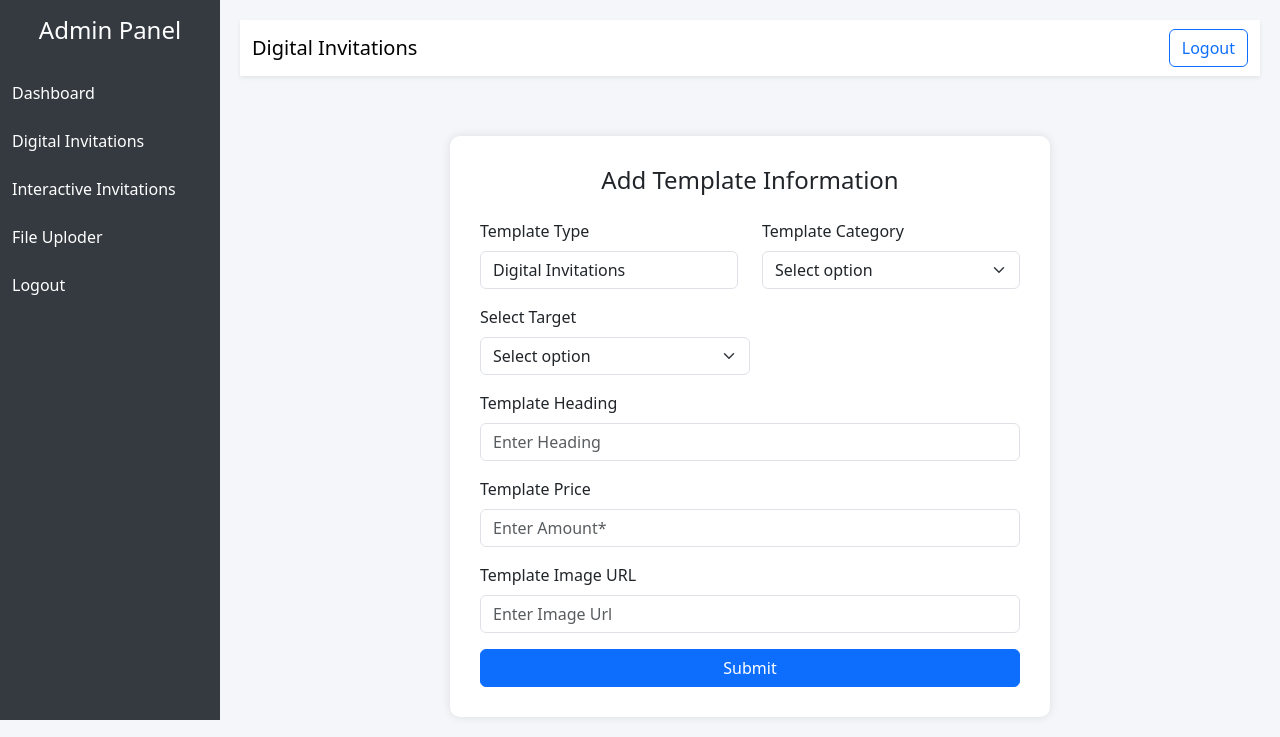
Repository: viraj7551/Flying-Invite-Project
Page: http://localhost/Admin03/digital_invitation.jsp
An editor plug-in stored every save of this project. The page is shown before and after the next save, followed by the edit.
The browser window is 1280 px wide. The pictures show the whole page.
Some web fonts or font styles are not loaded; a fallback is used. The page is served by Tomcat 9.

Above is the page before, as saved 2026-03-21 10:30:21.

After the next save:
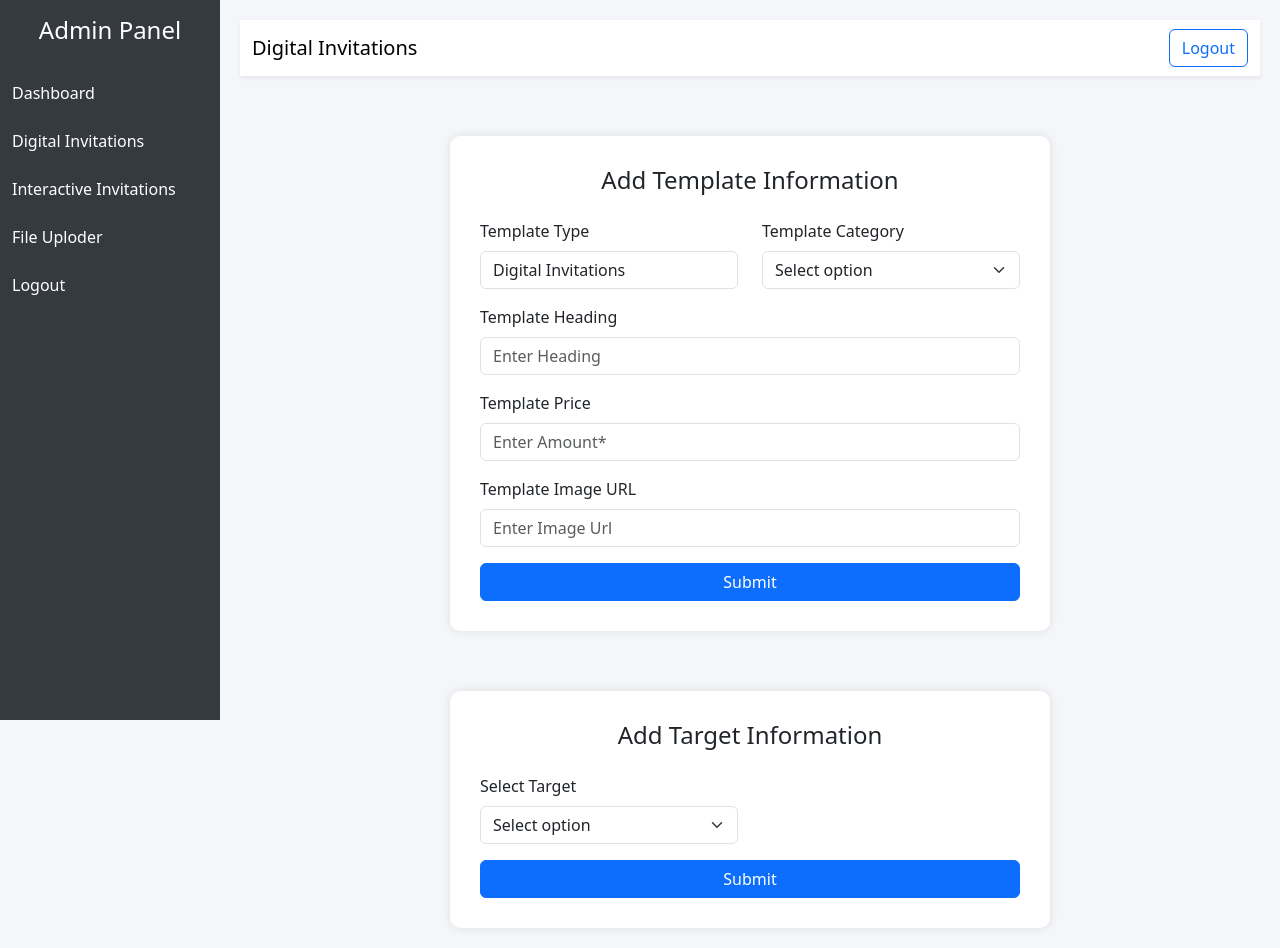
Saved 45 s later.
--- a/Admin03/WebContent/digital_invitation.jsp
+++ b/Admin03/WebContent/digital_invitation.jsp
@@ -149,6 +149,47 @@ margin-left:0;
 </div>
 </div>
 
+<div class="mb-3">
+<label class="form-label">Template Heading</label>
+<input type="email" class="form-control" placeholder="Enter Heading" name="template_heading">
+</div>
+
+
+<div class="mb-3">
+<label class="form-label">Template Price</label>
+<input type="email" class="form-control" placeholder="Enter Amount*" name="total_amount">
+</div>
+
+
+
+<div class="mb-3">
+<label class="form-label">Template Image URL</label>
+<input type="email" class="form-control" placeholder="Enter Image Url" name="template_image">
+</div>
+
+<div class="d-grid">
+<button type="submit" class="btn btn-primary">
+Submit
+</button>
+</div>
+
+</form>
+
+</div>
+
+</div>
+
+ <!-- ------------------ Form ends here -->
+
+
+
+ <!-- -------------------- Form 2 starts here -->
+
+<div class="container">
+<div class="form-container">
+<h4 class="mb-4 text-center">Add Target Information</h4>
+<form method="POST" action="/Invitations">
+<div class="row">
       <div class="col-md-6 mb-3">
       <label class="form-label">Select Target</label>
       <select id ="first_drop_down" class="form-select" onchange = "festivalFilter()" name="target_selector">
@@ -179,24 +220,6 @@ margin-left:0;
 <option value="12">Diwali</option>
 </select>
 </div>
-
-
-<div class="mb-3">
-<label class="form-label">Template Heading</label>
-<input type="email" class="form-control" placeholder="Enter Heading" name="template_heading">
-</div>
-
-
-<div class="mb-3">
-<label class="form-label">Template Price</label>
-<input type="email" class="form-control" placeholder="Enter Amount*" name="total_amount">
-</div>
-
-
-
-<div class="mb-3">
-<label class="form-label">Template Image URL</label>
-<input type="email" class="form-control" placeholder="Enter Image Url" name="template_image">
 </div>
 
 <div class="d-grid">
@@ -206,12 +229,11 @@ Submit
 </div>
 
 </form>
-
-</div>
-
-</div>
-
- <!-- ------------------ Form ends here -->
+</div>
+</div>
+
+
+ <!-- ---------------------Form 2 ends here -->
 
 
 </div>
